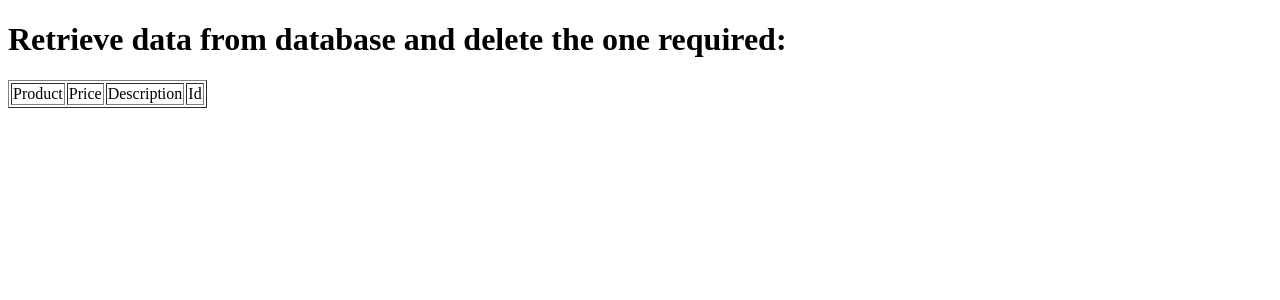
Repository: Shreya200012/FoodBox
Page: http://localhost/foodWeb/deleteData.jsp
These files come from the project's save history. The page is drawn as it stood at one moment and after the next save; the edit follows.
The browser window is 1280 px wide. The pictures show the whole page.
Some web libraries are served in a nearby version. The page is served by Tomcat 9. Other server files are loaded and not shown. Queries for data that is not in the repository find no rows.

Above is the page before, as saved 2022-06-14 17:31:00.

### foodWeb/src/main/webapp/deleteData.jsp
<%@ page language="java" contentType="text/html; charset=ISO-8859-1"
    pageEncoding="ISO-8859-1"%>
<%@page import="java.sql.DriverManager"%>
<%@page import="java.sql.ResultSet"%>
<%@page import="java.sql.Statement"%>
<%@page import="java.sql.Connection"%>
<%
String driver = "com.mysql.jdbc.Driver";
String connectionUrl = "jdbc:mysql://localhost:3306/";
String database = "foodweb";
String userid = "root";
String password = "root";
try {
Class.forName(driver);
} catch (ClassNotFoundException e) {
e.printStackTrace();
}
Connection connection = null;
Statement statement = null;
ResultSet resultSet = null;
%>
<!DOCTYPE html>
<html>
<script src="https://ajax.googleapis.com/ajax/libs/jquery/3.2.1/jquery.min.js"></script>
<body>

<h1>Retrieve data from database and delete the one required: </h1>
<table border="1">
<tr>
<td>Product</td>
<td>Price</td>
<td>Description</td>
<td>Id</td>
</tr>
<%
try{
connection = DriverManager.getConnection(connectionUrl+database, userid, password);
statement=connection.createStatement();
String sql ="select * from items";
resultSet = statement.executeQuery(sql);
int i=0;
while(resultSet.next()){
%>
<tr>
<td><%=resultSet.getString("product") %></td>
<td><%=resultSet.getString("price") %></td>
<td><%=resultSet.getString("description") %></td>
<td><%=resultSet.getString("id") %></td>
<td><a href="delete.jsp?id=<%=resultSet.getString("id") %>"><button type="button"  class="delete">Delete</button></a></td>
</tr>
<%
i++;
}
connection.close();
} catch (Exception e) {
e.printStackTrace();
}
%>
</table>

</body>
</html>

After the next save:
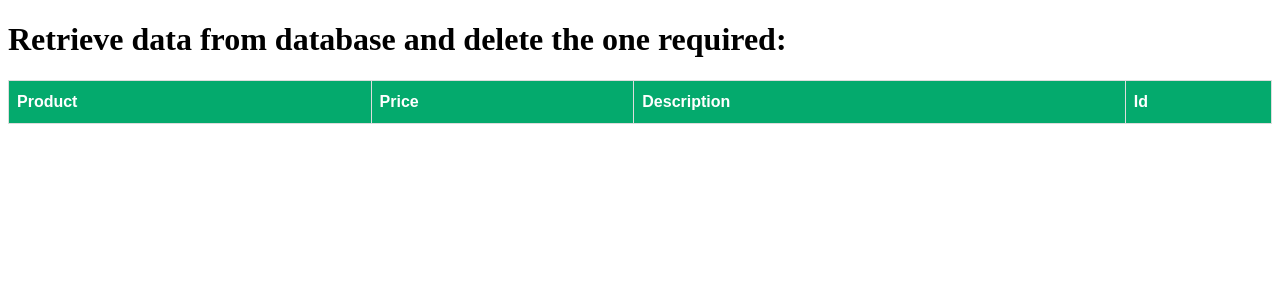
Saved 34 min 24 s later.
--- a/foodWeb/src/main/webapp/deleteData.jsp
+++ b/foodWeb/src/main/webapp/deleteData.jsp
@@ -21,16 +21,39 @@ ResultSet resultSet = null;
 %>
 <!DOCTYPE html>
 <html>
+<style>
+#customers {
+  font-family: Arial, Helvetica, sans-serif;
+  border-collapse: collapse;
+  width: 100%;
+}
+#customers td, #customers th {
+  border: 1px solid #ddd;
+  padding: 8px;
+}
+
+#customers tr:nth-child(even){background-color: #f2f2f2;}
+
+#customers tr:hover {background-color: #ddd;}
+#customers th {
+  padding-top: 12px;
+  padding-bottom: 12px;
+  text-align: left;
+  background-color: #04AA6D;
+  color: white;
+}
+
+</style>
 <script src="https://ajax.googleapis.com/ajax/libs/jquery/3.2.1/jquery.min.js"></script>
 <body>
 
 <h1>Retrieve data from database and delete the one required: </h1>
-<table border="1">
+<table border="1" id="customers">
 <tr>
-<td>Product</td>
-<td>Price</td>
-<td>Description</td>
-<td>Id</td>
+<th>Product</th>
+<th>Price</th>
+<th>Description</th>
+<th>Id</th>
 </tr>
 <%
 try{
